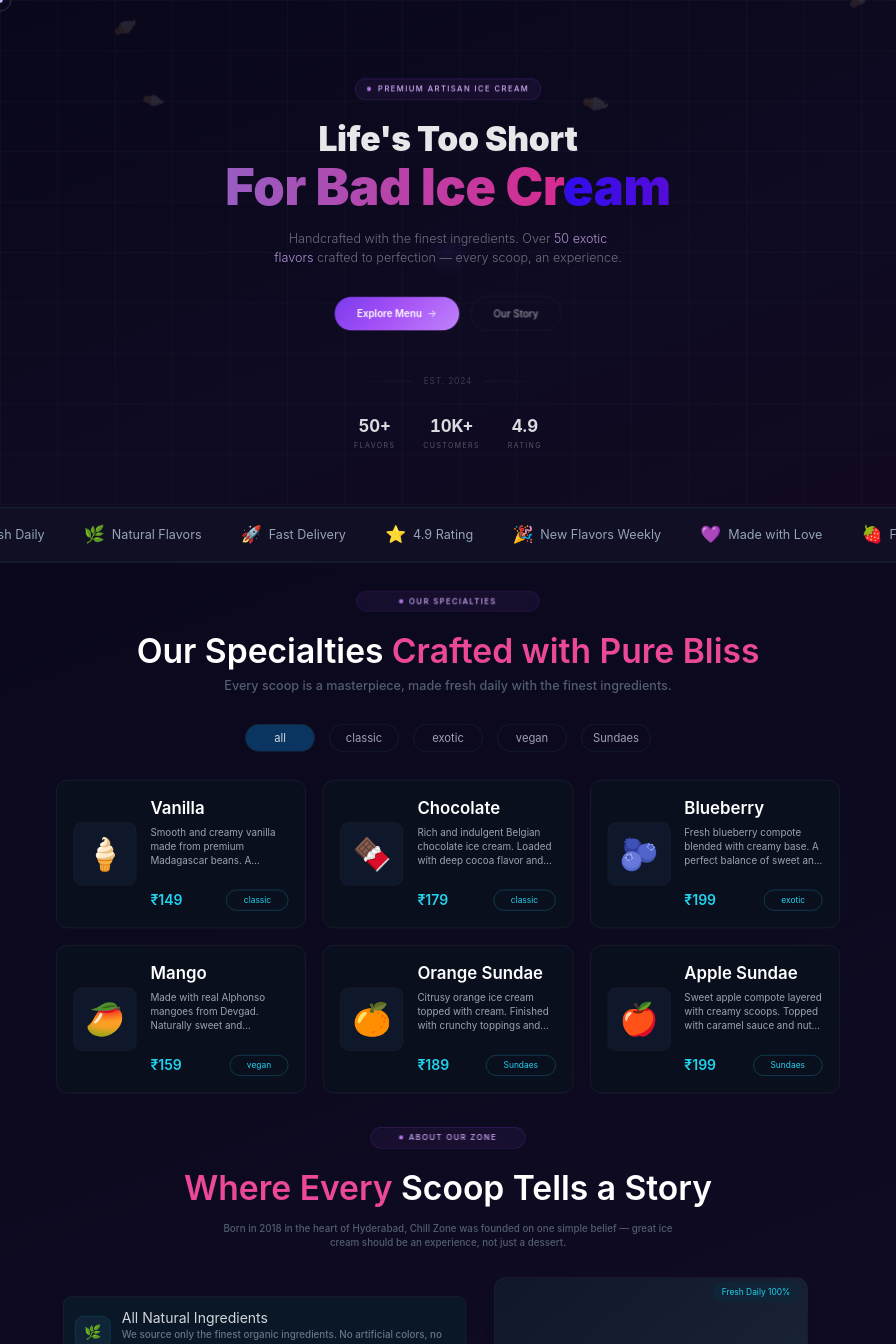
Repository: AMIREDDYRAKEY/chill-zone-
Page: /
The author's editor kept a copy of each file at every save. The page is drawn from the files as they stood at one save, then again after the next save.
The browser window is 1280 px wide. The pictures show the part of the page from y = 0 to 1920 px (the page is 3386 px tall before and 4064 px after), at 70% of full size.
The project was rebuilt for these pictures with package versions that can differ from the ones it lists, and the page was loaded fresh each time. Also part of the build but not shown: vite.config.js, src/components/Login.jsx, src/components/Navbar.jsx, src/components/Footer.jsx.

Above is the page before, as saved 2026-05-06 12:24:32.

After the next save:
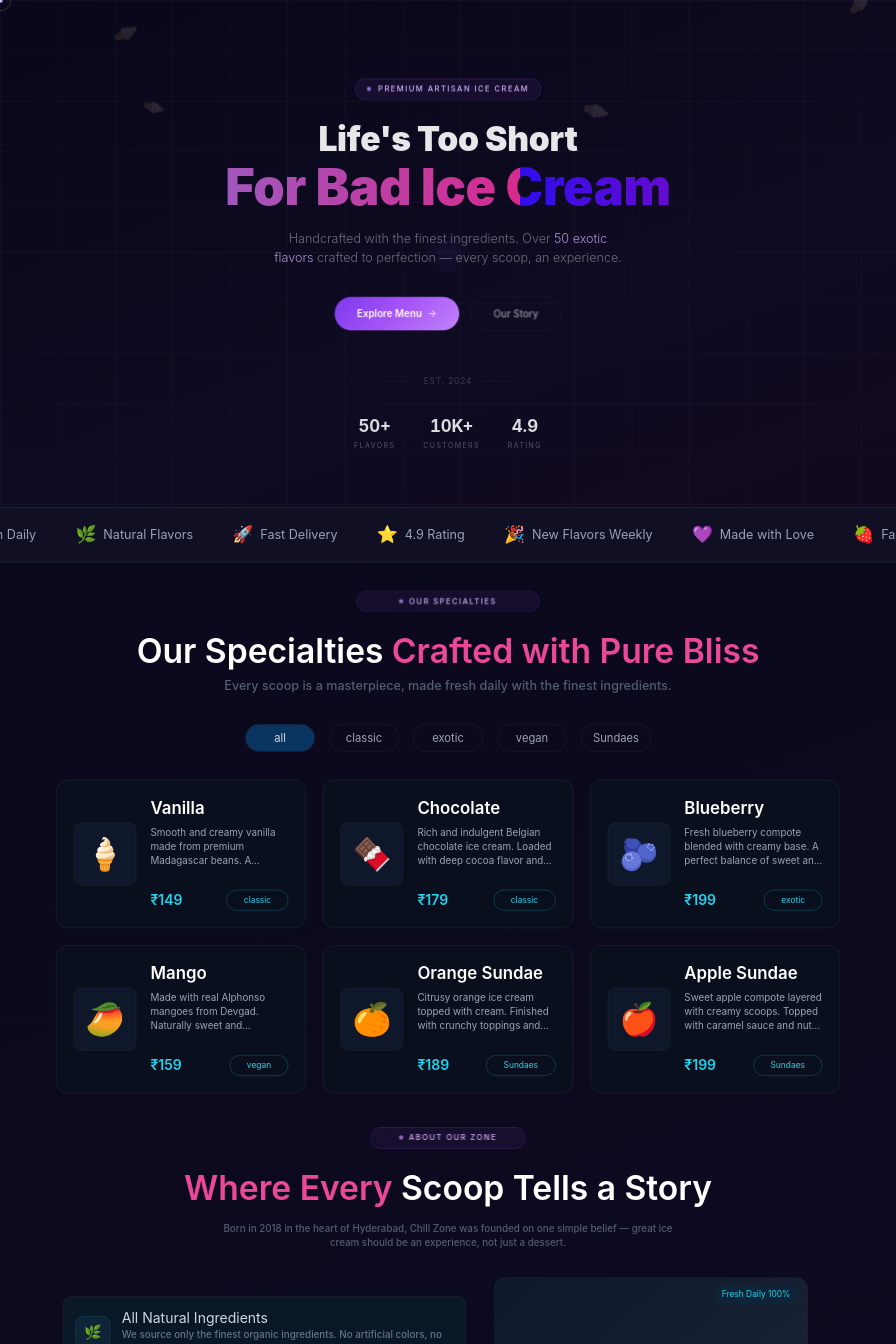
Saved 15 s later.
--- a/src/App.jsx
+++ b/src/App.jsx
@@ -34,6 +34,9 @@ const Home = () => (
     <section id="reviews" className="pb-10">
       <Feedback />
     </section>
+     <section id="reviews" className="pb-10">
+      <Feedback />
+    </section>
   </>
 )
 
